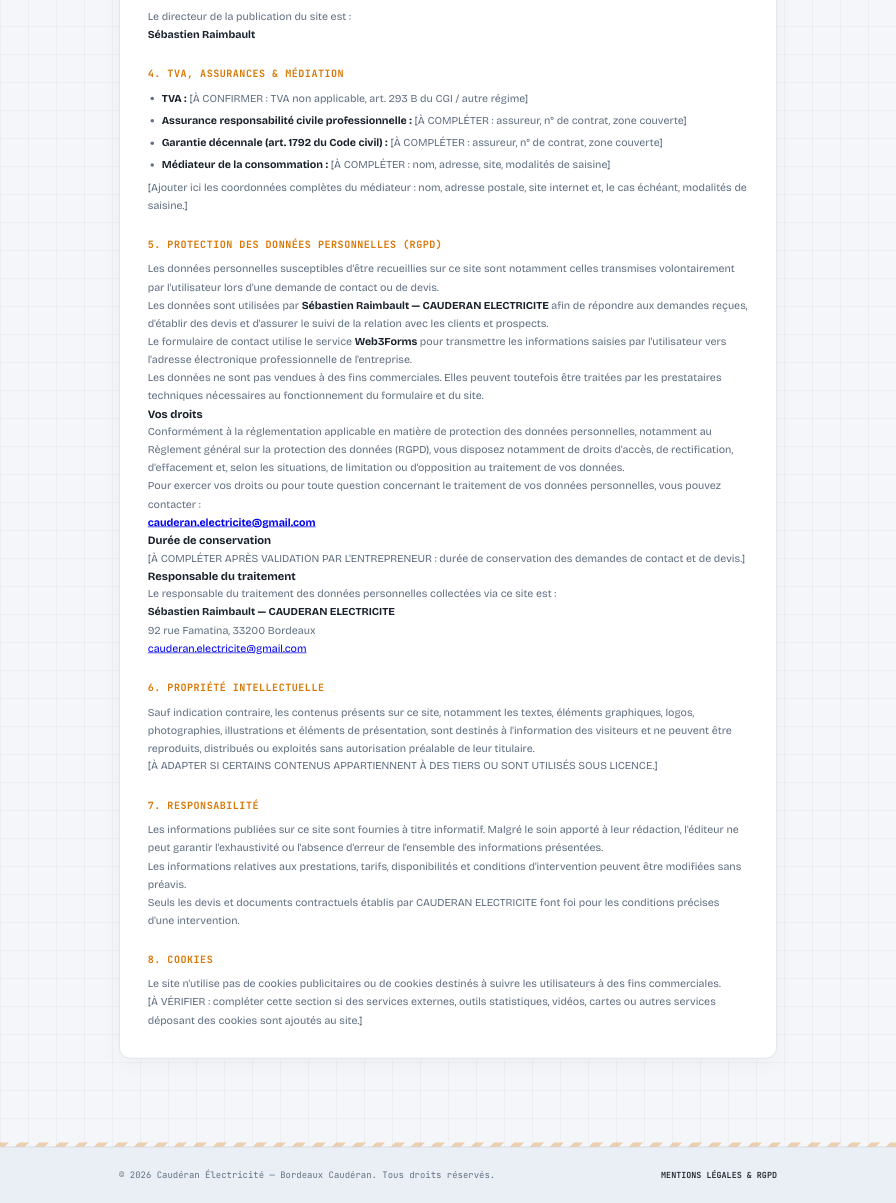
Repository: cauderanelectricite/cauderanelectricite.github.io
Page: mentions-legales.html
An editor plug-in stored every save of this project. The page is shown before and after a run of saves, followed by the edit.
The browser window is 1280 px wide. The pictures show the part of the page from y = 1083 to 3003 px (the page is 2802 px tall before and 3003 px after), at 70% of full size.

Above is the page before, as saved 2026-09-29 20:43:09.

After the next 2 saves:
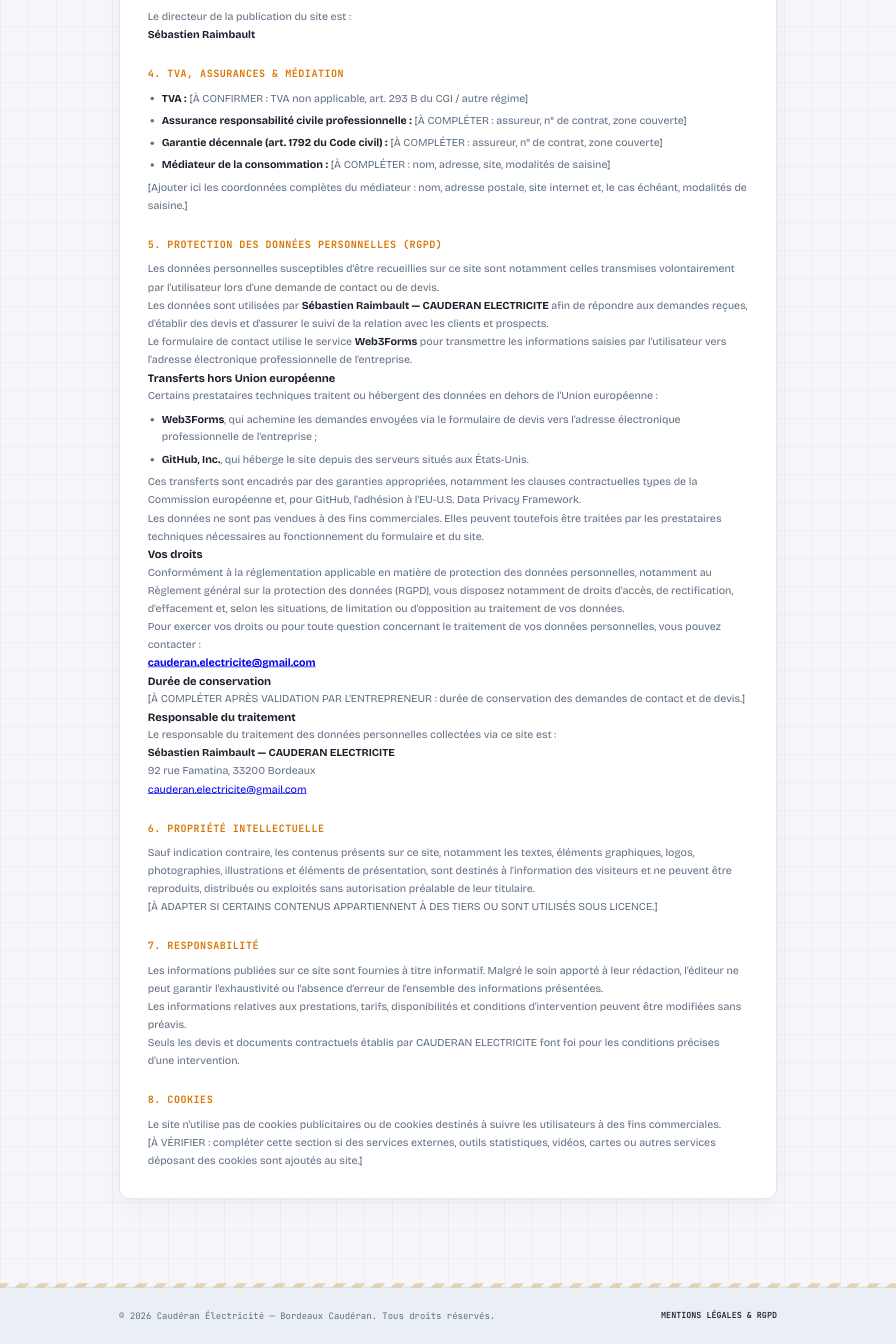
The 2 saves are shown as one change because they came seconds apart.
The last was saved 14 s later.
--- a/mentions-legales.html
+++ b/mentions-legales.html
@@ -274,6 +274,30 @@
                         vers l'adresse électronique professionnelle de l'entreprise.
                     </p>
 
+                    <h4>Transferts hors Union européenne</h4>
+
+<p>
+  Certains prestataires techniques traitent ou hébergent des données
+  en dehors de l'Union européenne :
+</p>
+
+<ul>
+  <li>
+    <strong>Web3Forms</strong>, qui achemine les demandes envoyées via
+    le formulaire de devis vers l'adresse électronique professionnelle
+    de l'entreprise ;
+  </li>
+  <li>
+    <strong>GitHub, Inc.</strong>, qui héberge le site depuis des
+    serveurs situés aux États-Unis.
+  </li>
+</ul>
+
+<p>
+  Ces transferts sont encadrés par des garanties appropriées, notamment
+  les clauses contractuelles types de la Commission européenne et, pour
+  GitHub, l'adhésion à l'EU-U.S. Data Privacy Framework.
+</p>
                     <p>
                         Les données ne sont pas vendues à des fins commerciales.
                         Elles peuvent toutefois être traitées par les prestataires
